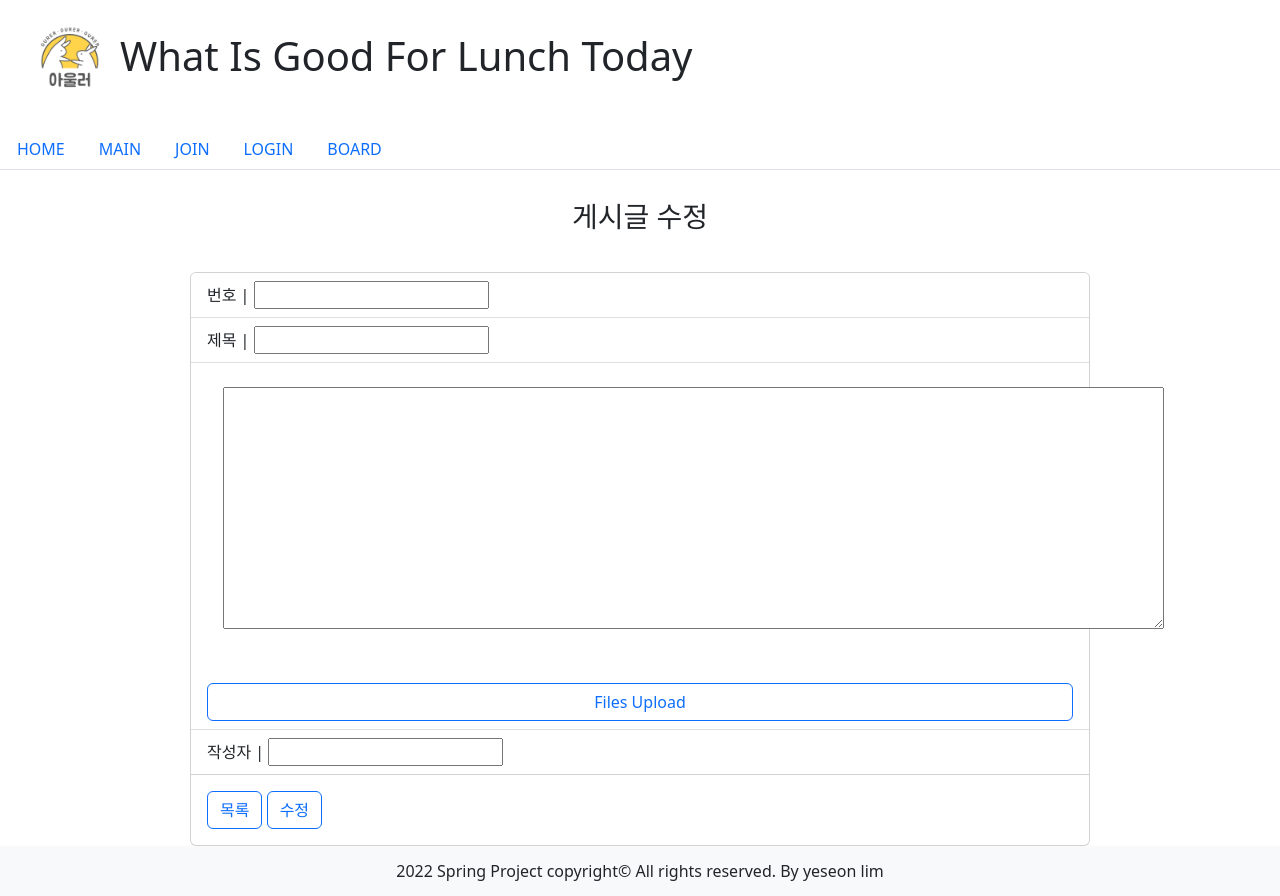
Repository: yeseonlim/springtest
Page: http://localhost/my_spring/WEB-INF/views/board/modify.jsp
These files come from the project's save history. The page is drawn as it stood at one moment and after the next save; the edit follows.
The browser window is 1280 px wide. The pictures show the whole page.
The page is served by Tomcat 9. Nobody is signed in. Other server files are loaded and not shown. The template is opened directly, without the code that normally fills it, so the values that code supplies are empty.

Above is the page before, as saved 2022-12-30 07:58:52.

### my_spring/src/main/webapp/WEB-INF/views/board/modify.jsp
<%@ page language="java" contentType="text/html; charset=UTF-8"
    pageEncoding="UTF-8"%>
<%@ taglib uri="http://java.sun.com/jsp/jstl/core" prefix="c" %>
<%@ taglib uri="http://java.sun.com/jsp/jstl/functions" prefix="fn" %>
<!DOCTYPE html>
<html>
<head>
<meta charset="UTF-8">
<title>modify</title>
<style>
*{
margin: 0;
padding: 0;
}
html, body{
	height: 100%;
}
body{
	display: flex;
	flex-direction: column;
}
section{
	flex: 1;
}
h1{
text-indent:20px;
padding: 10px 0;
}
form{
max-width: 900px;
margin:0 auto;
}
h3{
text-align: center;
padding: 30px 0;
}
</style>
</head>
<body>
	<jsp:include page="../layout/header.jsp"></jsp:include>
	<section>
	 <form action="/modify" method="post" enctype="multipart/form-data">
	 	<h3>게시글 수정</h3>
		<div class="card">
		  <ul class="list-group list-group-flush">
		    <li class="list-group-item">번호 | <input type="text" id="bno" name="bno" value="${bvo.bno }" readonly="readonly"></li>
		    <li class="list-group-item">제목 | <input type="text" id="title" name="title" value="${bvo.title }"></li>
		    <li class="list-group-item">
			    <div class="card-body">
			    	<p class="card-text"><textarea rows="10" cols="100" id="content" name="content">${bvo.content }</textarea></p>
			    </div>
			    <!-- file 표현라인 -->
			    <div class="card-body">
			    	<ul class="list-group list-group-flush">
			    		<c:forEach items="${fList }" var="fvo">
			    			<!-- 파일이 여러개일때 반복적으로 li 추가 -->
			    			<li>
			    				<c:choose>
			    					<c:when test="${fvo.file_type > 0 }">
			    						<div>
			    						<!-- D:...fileUpload/2022/12/28 -->
			    							<img src="/upload/${fn:replace(fvo.save_dir, '\\', '/')}/${fvo.uuid}_th_${fvo.file_name}">
			    						</div>
			    					</c:when>
			    					<c:otherwise>
			    						<div>
			    							<!-- 파일모양 아이콘을 넣어서 일반 파일임을 표현 -->
			    						</div>
			    					</c:otherwise>
			    				</c:choose>
			    				<!-- 파일이름, 등록일, 사이즈 -->
			    				<div class="ms-2 me-auto">
			    				<div class="fw-bold">${fvo.file_name }</div>
			    				${fvo.reg_at }
			    				</div>
			    				<span class="badge bg-secondary rounded-pill">${fvo.file_size } Byte</span>
			    				<button type="button" data-uuid=${fvo.uuid } class="btn btn-sm btn-light py-0 file-x">✖️</button>
			    			</li>
			    		</c:forEach>
			    	</ul>
			    </div>
			  <div class="col-12 d-grid">
	  				<input class="form-control" type="file" style="display: none;"
	  				 id="files" name="files" multiple>
	  				<button type="button" id="trigger" class="btn btn-outline-primary btn-block d-block">Files Upload</button>
				</div>
				<div class="col-12" id="fileZone">

				</div>
		    </li>
		    <li class="list-group-item">작성자 | <input type="text" id="writer" name="writer" value="${bvo.writer }" readonly="readonly"></li>
		  </ul>
		  <div class="card-body">
		 	 <a href="/list" class="card-link"><button type="button" class="btn btn-outline-primary">목록</button></a>
		 	 <button type="submit" id="regBtn" class="btn btn-outline-primary">수정</button>
		  </div>
		</div>
	</form>
	</section>
	<script src="../resources/js/boardPosting.js"></script>
	<jsp:include page="../layout/footer.jsp"></jsp:include>

### my_spring/src/main/webapp/WEB-INF/views/layout/header.jsp
<%@ page language="java" contentType="text/html; charset=UTF-8"
    pageEncoding="UTF-8"%>
<%@ taglib uri="http://java.sun.com/jsp/jstl/core" prefix="c" %>
<!DOCTYPE html>
<html>
<head>
<meta charset="UTF-8">
<title>header</title>
<!-- CSS only -->
<link href="https://cdn.jsdelivr.net/npm/bootstrap@5.2.3/dist/css/bootstrap.min.css" rel="stylesheet" integrity="sha384-rbsA2VBKQhggwzxH7pPCaAqO46MgnOM80zW1RWuH61DGLwZJEdK2Kadq2F9CUG65" crossorigin="anonymous">
<!-- JavaScript Bundle with Popper -->
<script src="https://cdn.jsdelivr.net/npm/bootstrap@5.2.3/dist/js/bootstrap.bundle.min.js" integrity="sha384-kenU1KFdBIe4zVF0s0G1M5b4hcpxyD9F7jL+jjXkk+Q2h455rYXK/7HAuoJl+0I4" crossorigin="anonymous"></script>
</head>
<body>
	<header>
		<h1><img alt="logo" src="../resources/img/로고2.png" height="100px" width="100px">What Is Good For Lunch Today</h1>
	</header>
		<nav>
			<ul class="nav nav-tabs">
			  <li class="nav-item">
			    <a class="nav-link" aria-current="page" href="/">HOME</a>
			  </li>
			  <li class="nav-item">
			    <a class="nav-link" href="/main">MAIN</a>
			  </li>
			  <c:if test="${ses.id == null }">
			  <li class="nav-item">
			    <a class="nav-link" href="/join">JOIN</a>
			  </li>
			  <li class="nav-item">
			    <a class="nav-link" href="/login">LOGIN</a>
			  </li>
			  </c:if>
			  <li class="nav-item">
			    <a class="nav-link" href="/list">BOARD</a>
			  </li>
			  <c:if test="${ses.id != null }">
				  <%-- <li class="nav-item">
				    <a class="nav-link" href="#">${ses.name }님 반갑습니다 :)</a>
				  </li> --%>
				  <div class="btn-group btn-primary">
					  <button type="button" class="btn btn-outline-none dropdown-toggle" data-bs-toggle="dropdown" aria-expanded="false">
					    ${ses.name }님 반갑습니다 :)
					  </button>
					  <ul class="dropdown-menu">
					    <li><a class="dropdown-item" href="/myinfo">MY INFO</a></li>
					    <li><a class="dropdown-item" href="/posting">POSTING</a></li>
					    <li><hr class="dropdown-divider"></li>
					    <li><a class="dropdown-item" href="/logout">LOGOUT</a></li>
					  </ul>
					</div>
			  </c:if>
			</ul>
		</nav>
	<script type="text/javascript">
	const msg = '<c:out value="${msg }" />';
	if(msg==='0'){
		console.log(msg);
		alert("로그아웃 되었습니다.");
	}
	</script>

### my_spring/src/main/webapp/WEB-INF/views/layout/footer.jsp
<%@ page language="java" contentType="text/html; charset=UTF-8"
    pageEncoding="UTF-8"%>
<%@ taglib uri="http://java.sun.com/jsp/jstl/core" prefix="c" %>
<style>
.footer{
height: 50px;
}
.container-fluid{
text-align:center;
line-height: 50px;
}
</style>
 <footer>
	<div class="footer footer-expand-lg bg-light">
		<div class="container-fluid">
		  2022 Spring Project copyright&copy; All rights reserved. By yeseon lim
		</div>
	</div>
 </footer>
</body>
</html>

### my_spring/src/main/webapp/resources/js/boardPosting.js
document.getElementById('trigger').addEventListener('click', ()=>{
    document.getElementById('files').click();
});

//정규표현식을 이용한 생성자 함수 만들기
//fileload시 형식제한, 실행파일 막기, 이미지파일
const regExp = new RegExp("\.(exe|sh|bat|msi|dll|js)$");
const regExpImg = new RegExp("\.(jpg|jpeg|png|gif)$");
const maxSize = 1024*1024*20; //20MB보다 큰지 체크

function fileSizeValidation(fileName, fileSize) {
    if(regExp.test(fileName)){
        return 0;
    }else if(!regExpImg.test(fileName)){
        return 0;
    }else if(fileSize > maxSize){
        return 0;
    }else{
        return 1;
    }
}

document.addEventListener('change', (e)=>{
    if(e.target.id == "files"){
        //제한된 파일이 들어왔을때 클릭되는것을 방지
        document.getElementById('regBtn').disabled = false;
        //input type="file" element는 fileObject 객체로 리턴
        const fileObject = document.getElementById('files').files;
        console.log(fileObject);

        let div = document.getElementById('fileZone');
        div.innerHTML="";
        let ul = '<ul class="list-group list-group-flush">';
        let isOk = 1;
        for(let file of fileObject){
            let validResult = fileSizeValidation(file.name, file.size);
            isOk *=validResult; //모든 첨부파일의 결과가 1이어야 통과
            ul+=`<li class="list-group-item d-flex justify-content-between align-items-start">`;
            //업로드 가능여부 표시
            ul+=`${validResult ? '<div class="fw-bold">업로드 가능':'<div class="fw-bold text-danger">업로드 불가'}</div>`;
            ul+=`${file.name}`;
            ul+=`<span class="badge bg-${validResult ? 'success':'danger'} rounded-pill">${file.size} Bytes</span></li>`;
        }
        ul+=`</ul>`;
        div.innerHTML = ul;

        if(isOk == 0){
            document.getElementById('regBtn').disabled = true;
        }
    }
})

document.addEventListener('click', (e)=>{
    if(e.target.classList.contains('file-x')){
        let li = e.target.closest('li');
        let uuid = e.target.dataset.uuid;
        console.log(uuid);
        deleteFile(uuid).then(result=>{
            if(result>0){
                alert("파일이 삭제되었습니다.");
                li.remove();
            }
        })
    }
})

async function deleteFile(uuid){
    try {
        const url='/file/'+uuid;
        const config={
            method:'delete',
        };
        const resp = await fetch(url, config);
        const result = await resp.text();
        return result;
    } catch (error) {
        console.log(error);
    }
}

After the next save:
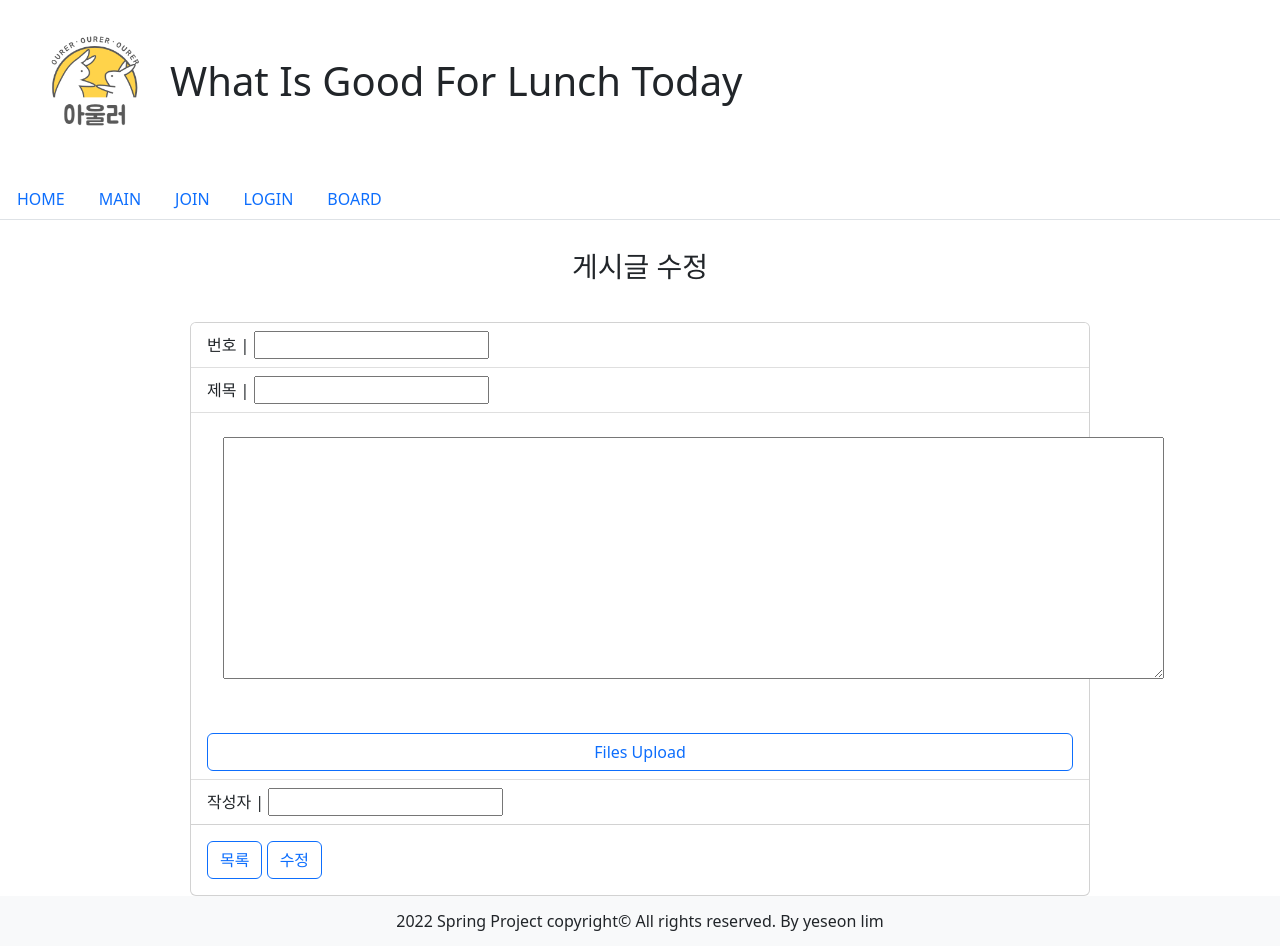
Saved 87 s later.
--- a/my_spring/src/main/webapp/WEB-INF/views/layout/header.jsp
+++ b/my_spring/src/main/webapp/WEB-INF/views/layout/header.jsp
@@ -13,7 +13,7 @@
 </head>
 <body>
 	<header>
-		<h1><img alt="logo" src="../resources/img/로고2.png" height="100px" width="100px">What Is Good For Lunch Today</h1>
+		<h1><img alt="logo" src="../resources/img/로고2.png" height="150px" width="150px">What Is Good For Lunch Today</h1>
 	</header>
 		<nav>
 			<ul class="nav nav-tabs">
